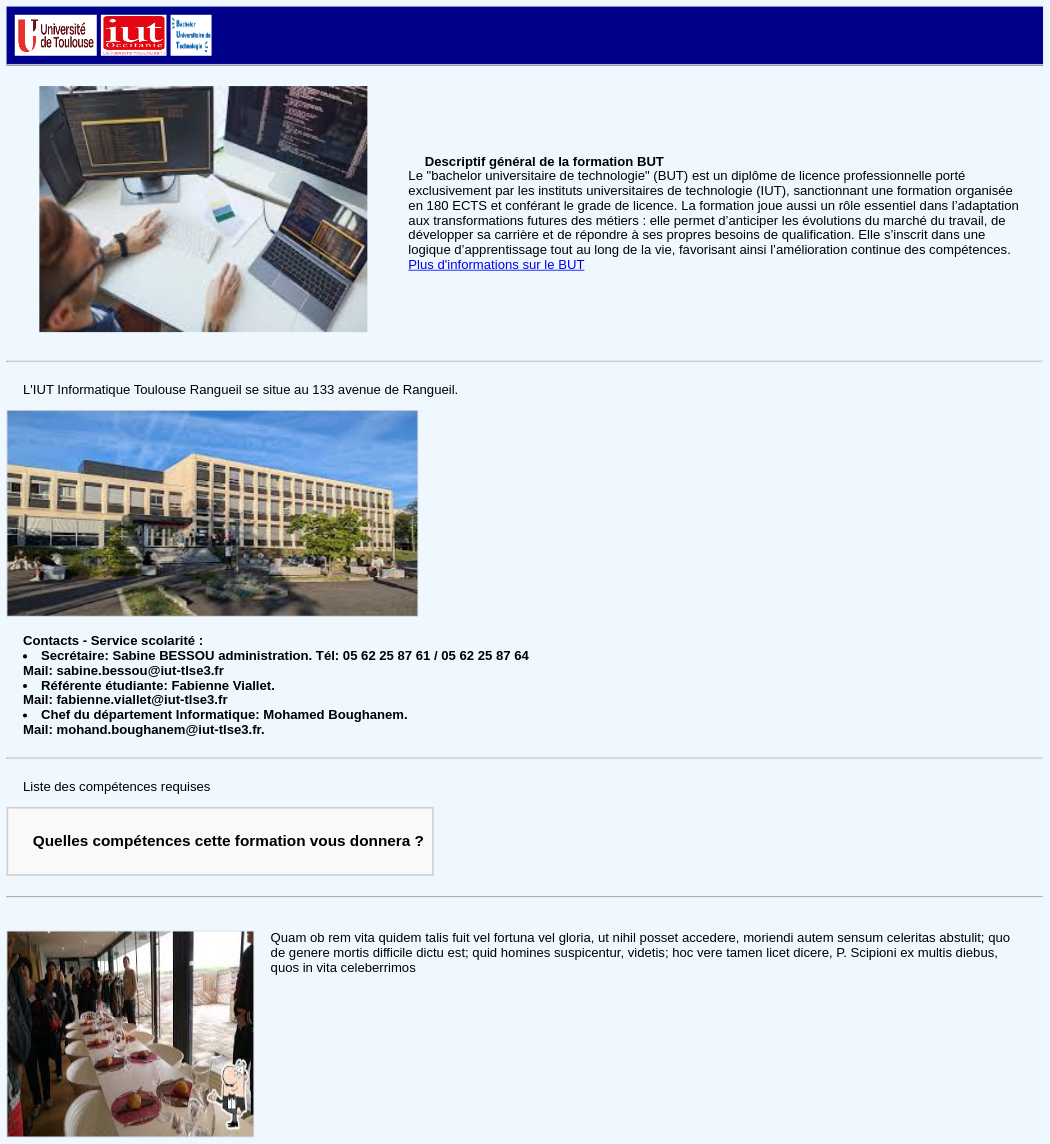
Repository: s0yManar/projet-web-R102
Page: MON.PROJET.HTML&CSS/page.accueil.html
An editor plug-in stored every save of this project. The page is shown before and after a run of saves, followed by the edit.
The browser window is 1280 px wide. The pictures show the whole page, at 82% of full size.

Above is the page before, as saved 2025-11-24 12:30:01.

After the next 2 saves:
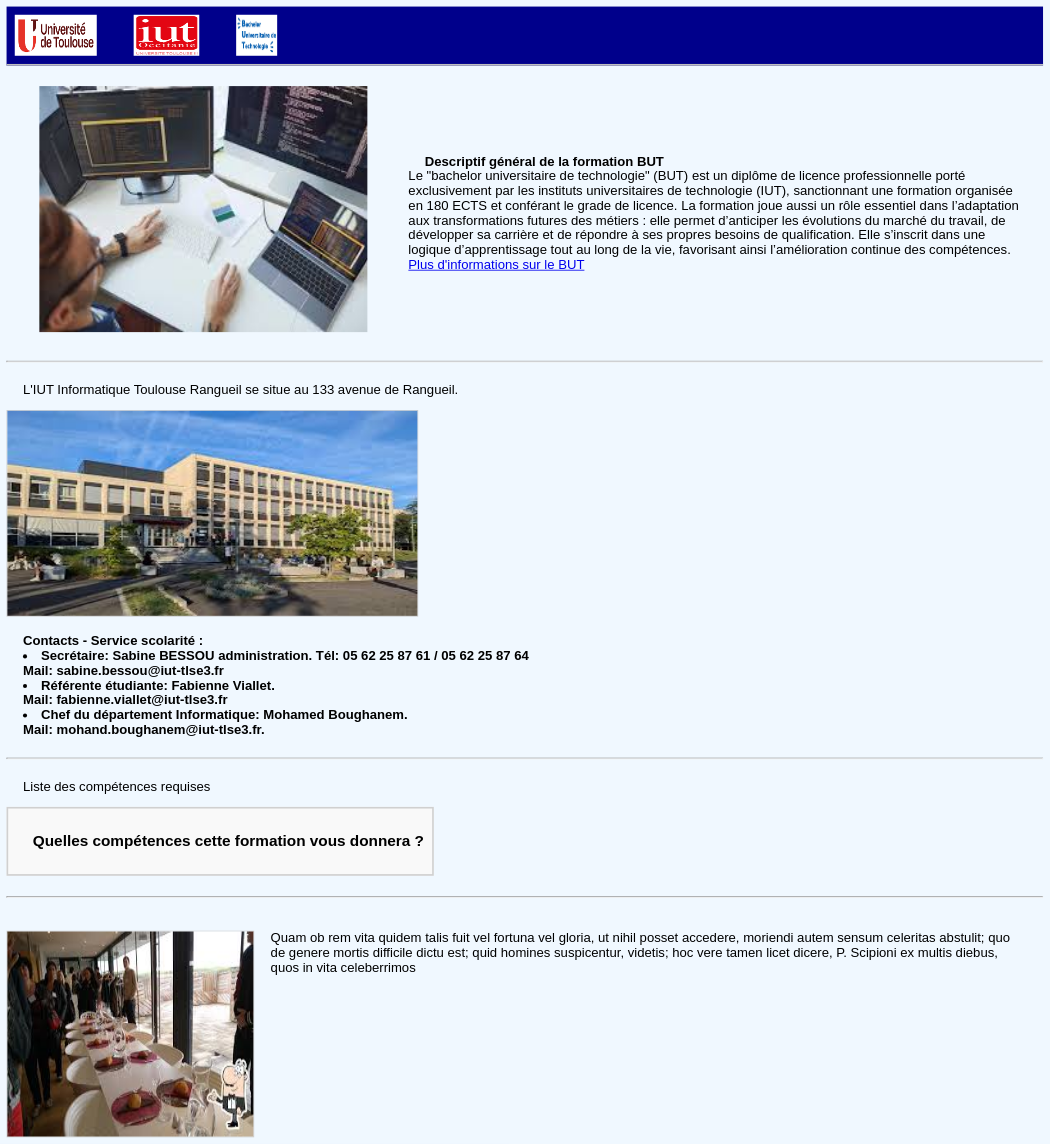
The 2 saves are shown as one change because they came seconds apart.
The last was saved 8 s later.
--- a/MON.PROJET.HTML&CSS/page-accueil.css
+++ b/MON.PROJET.HTML&CSS/page-accueil.css
@@ -8,7 +8,7 @@
 
 #header {
     display: flex;
-    gap: 5px;
+    gap: 45px;
     padding: 10px;
     border-bottom: 2px solid #bfbfbf;
     background-color: darkblue;
